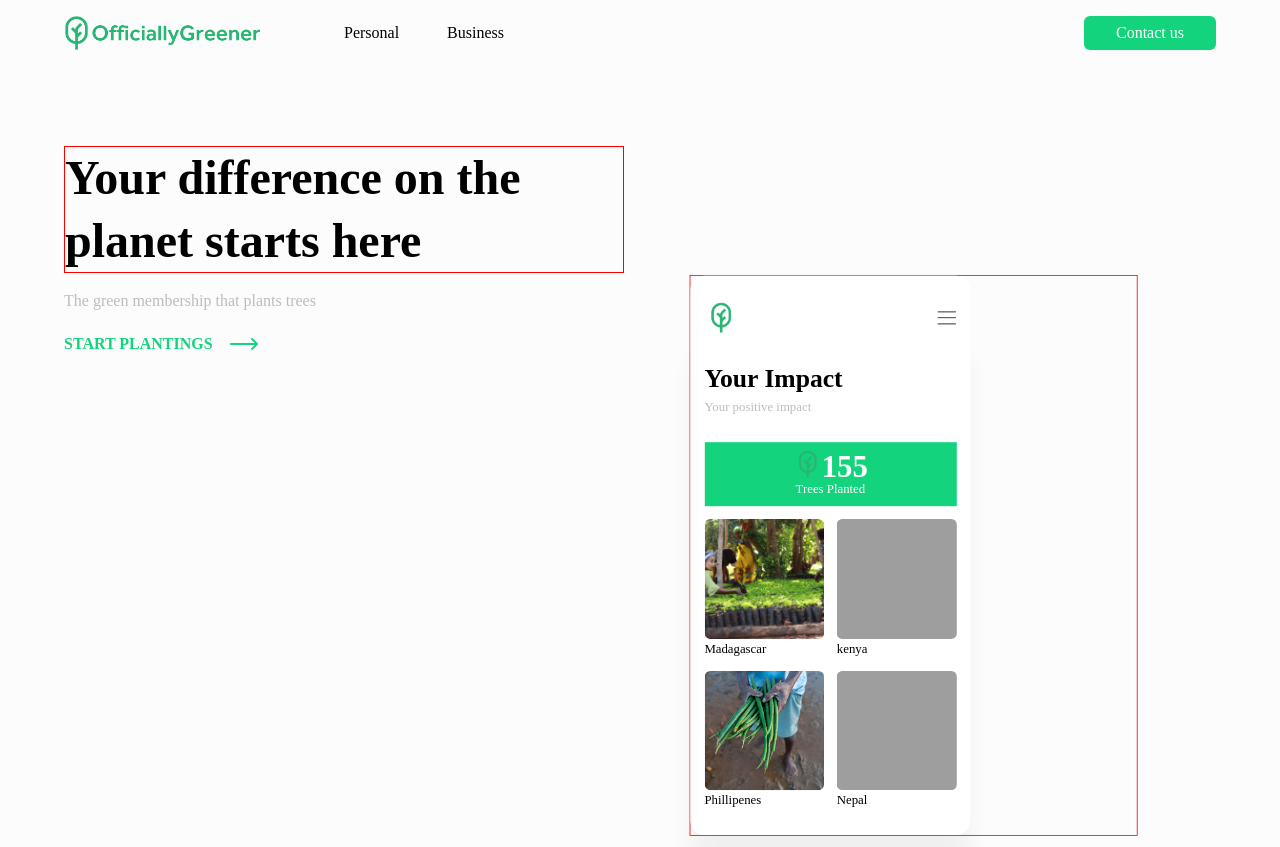
Repository: Sinkycode/Officially-Greener
Page: index.html
The author's editor kept a copy of each file at every save. The page is drawn from the files as they stood at one save, then again after the next save.
The browser window is 1280 px wide. The pictures show the whole page.
Pictures or frames that could not be fetched are drawn as grey boxes.

Above is the page before, as saved 2023-03-07 23:23:48.

After the next save:
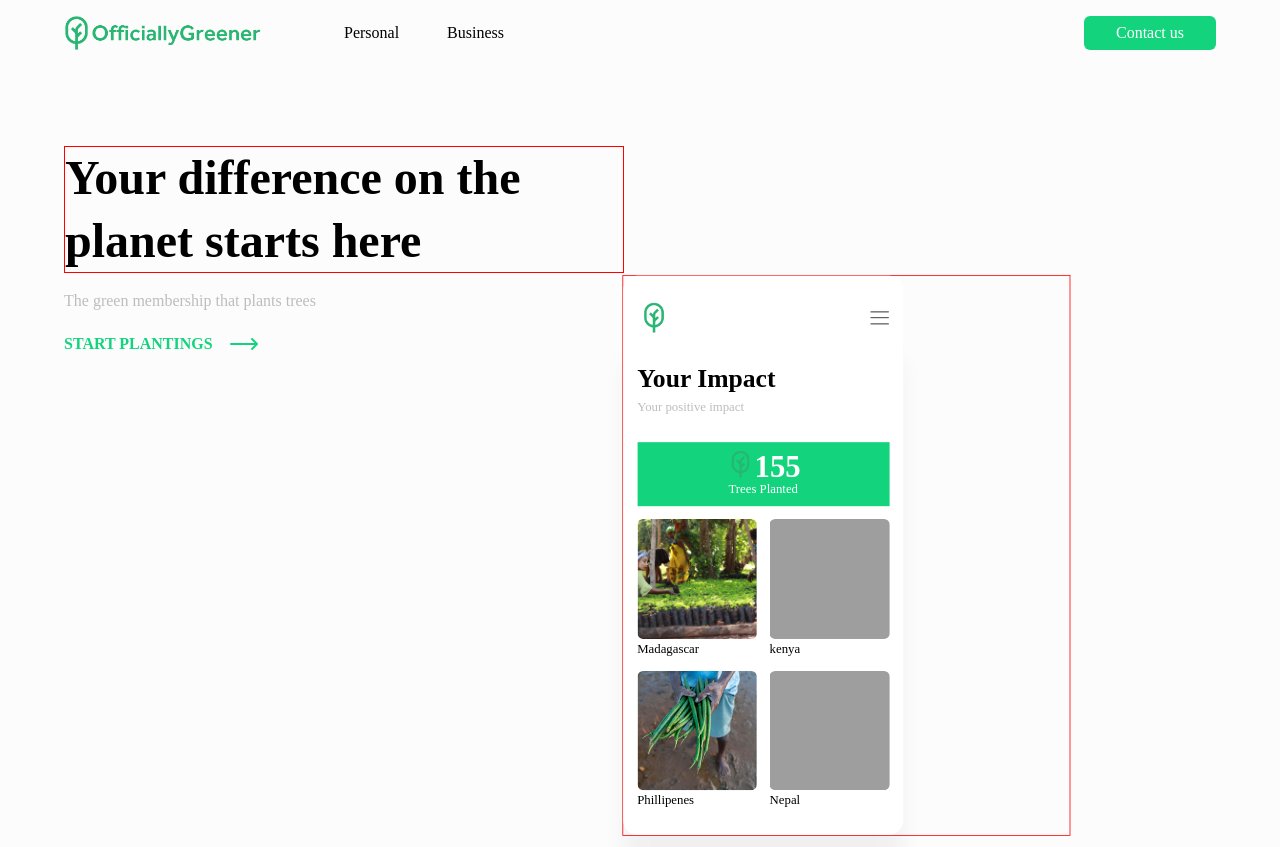
Saved 7 s later.
--- a/style.css
+++ b/style.css
@@ -121,7 +121,7 @@
 
 .mockup {
   transform: scale(.8);
-  transform-origin: 30% 92%;
+  transform-origin: -30% 92%;
   border: 1px solid red;
 }
 
